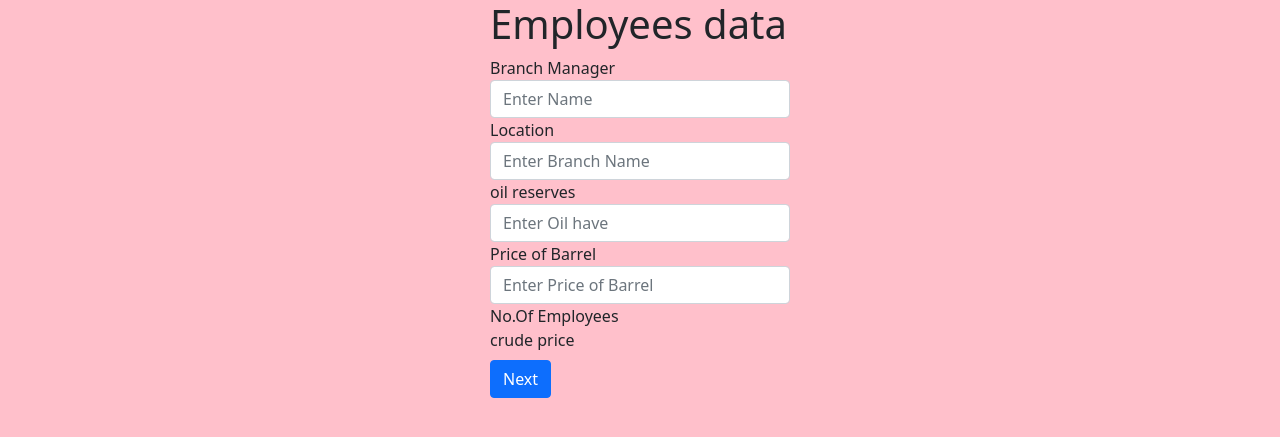
Repository: veerrajuMareddi/demo
Page: http://localhost/OilCorporation/views/save.jsp
The author's editor kept a copy of each file at every save. The page is drawn from the files as they stood at one save, then again after the next save.
The browser window is 1280 px wide. The pictures show the whole page.
The page is served by Tomcat 9. Other server files are loaded and not shown.

Above is the page before, as saved 2022-05-01 04:48:13.

### OilCorporation/src/main/webapp/views/save.jsp

<%@ page language="java" contentType="text/html; charset=ISO-8859-1"
	pageEncoding="ISO-8859-1"%>
<%@ taglib uri="http://www.springframework.org/tags/form" prefix="form"%>
<%@taglib prefix="c" uri="http://java.sun.com/jsp/jstl/core"%>

<!DOCTYPE html>
<html>
<head>
<link
	href="https://cdn.jsdelivr.net/npm/bootstrap@5.1.3/dist/css/bootstrap.min.css"
	rel="stylesheet"
	integrity="sha384-1BmE4kWBq78iYhFldvKuhfTAU6auU8tT94WrHftjDbrCEXSU1oBoqyl2QvZ6jIW3"
	crossorigin="anonymous">
<script
	src="https://cdn.jsdelivr.net/npm/bootstrap@5.1.3/dist/js/bootstrap.bundle.min.js"
	integrity="sha384-ka7Sk0Gln4gmtz2MlQnikT1wXgYsOg+OMhuP+IlRH9sENBO0LRn5q+8nbTov4+1p"
	crossorigin="anonymous"></script>
<meta charset="ISO-8859-1">
<title>oilLmtd</title>
</head>

	<body style="background-color: pink;">
<style>
	form {
		width: 300px;
		margin: 0 auto;
	}
</style>
   <form action ="${pageContext.request.contextPath}/src/saveModel" method="post">
   <h1>Employees data</h1>
   <div class="form-group">
    <label for="branchManager">Branch Manager</label>
    <input type="text" class="form-control" name ="branchManager" id="branchManager" aria-describedby="emailHelp" placeholder="Enter Name">
   </div>
   <div class="form-group">
    <label for="branchManager">Location</label>
    <input type="text" class="form-control" name ="location" id="branchManager" aria-describedby="emailHelp" placeholder="Enter Branch Name">
   </div>
   <div class="form-group">
    <label for="branchManager">oil reserves</label>
    <input type="text" class="form-control" name ="oilReserves" id="branchManager" aria-describedby="emailHelp" placeholder="Enter Oil have">
   </div>
    <div class="form-group">
    <label for="branchManager">Price of Barrel</label>
    <input type="number" class="form-control" name ="barrelPrice" id="branchManager" aria-describedby="emailHelp" placeholder="Enter Price of Barrel">
   </div>
   <div class="form-group">
    <label for="branchManager">No.Of Employees</label>
    <input type="hidden" class="form-control" name ="emp.salary" id="branchManager" aria-describedby="emailHelp" placeholder="Enter Name">
   </div>
  <!-- <div class="form-group">
    <label for="exampleInputPassword1">Salary</label>
    <input type="number" class="form-control" name="emp.salary" id="oilReserves" placeholder="Enter Barrel Price">
  </div> -->

    <div class="form-group">
    <label for="exampleInputPassword1"> crude price</label>
    <input type="hidden" class="form-control" name="prices.crudePrice" id="oilReserves" placeholder="Enter Barrel Price">
  </div>
 <!--  <div class="form-group">
    <label for="exampleInputPassword1"> petrol price</label>
    <input type="number" class="form-control" name="prices.petrolPrice" id="oilReserves" placeholder="Enter Barrel Price">
  </div>
  <div class="form-group">
    <label for="exampleInputPassword1">diesel price</label>
    <input type="number" class="form-control" name="prices.dieselPrice" id="oilReserves" placeholder="Enter Barrel Price">
  </div>
  <div class="form-group">
    <label for="exampleInputPassword1">Gas price</label>
    <input type="number" class="form-control" name="prices.gasPrice" id="oilReserves" placeholder="Enter Barrel Price">
  </div>
 -->  <!-- <div class="form-group">
    <label for="exampleInputPassword1">Salary</label>
    <input type="number" class="form-control" name="emp.salary" id="oilReserves" placeholder="Enter Barrel Price">
  </div> -->
  <div class="form-group mt-2">
  <button type="submit" class="btn btn-primary">Next</button>
  </div>
</form>
</body>
</html>

After the next save:
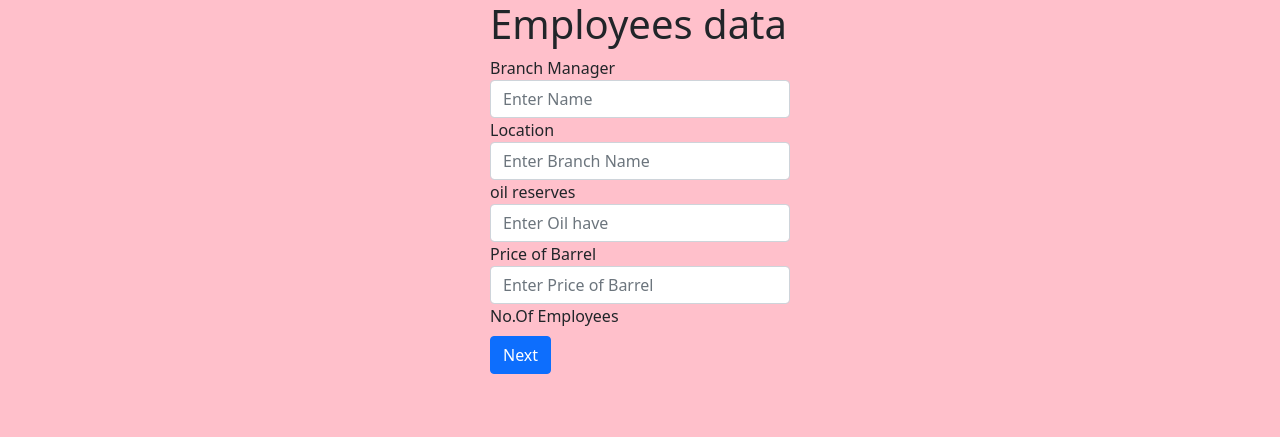
Saved 13 s later.
--- a/OilCorporation/src/main/webapp/views/save.jsp
+++ b/OilCorporation/src/main/webapp/views/save.jsp
@@ -55,7 +55,6 @@
   </div> -->
 
     <div class="form-group">
-    <label for="exampleInputPassword1"> crude price</label>
     <input type="hidden" class="form-control" name="prices.crudePrice" id="oilReserves" placeholder="Enter Barrel Price">
   </div>
  <!--  <div class="form-group">
